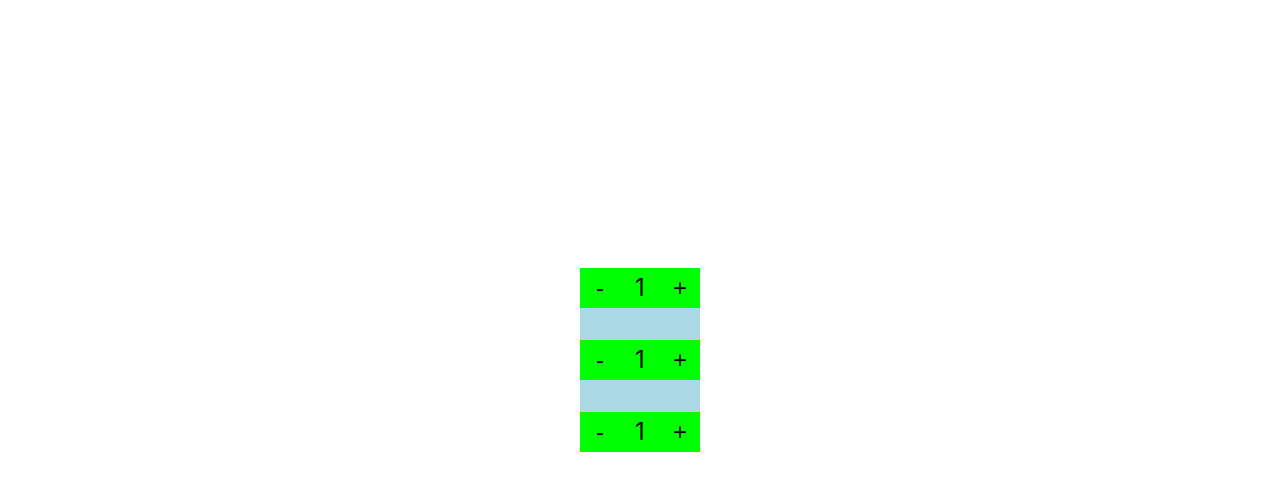
Repository: max535/test-task-netrika
Page: /
The author's editor kept a copy of each file at every save. The page is drawn from the files as they stood at one save, then again after a run of saves.
The browser window is 1280 px wide. The pictures show the whole page.
The project was rebuilt for these pictures with package versions that can differ from the ones it lists, and the page was loaded fresh each time.

Above is the page before, as saved 2021-10-16 07:44:08.

After the next 2 saves:
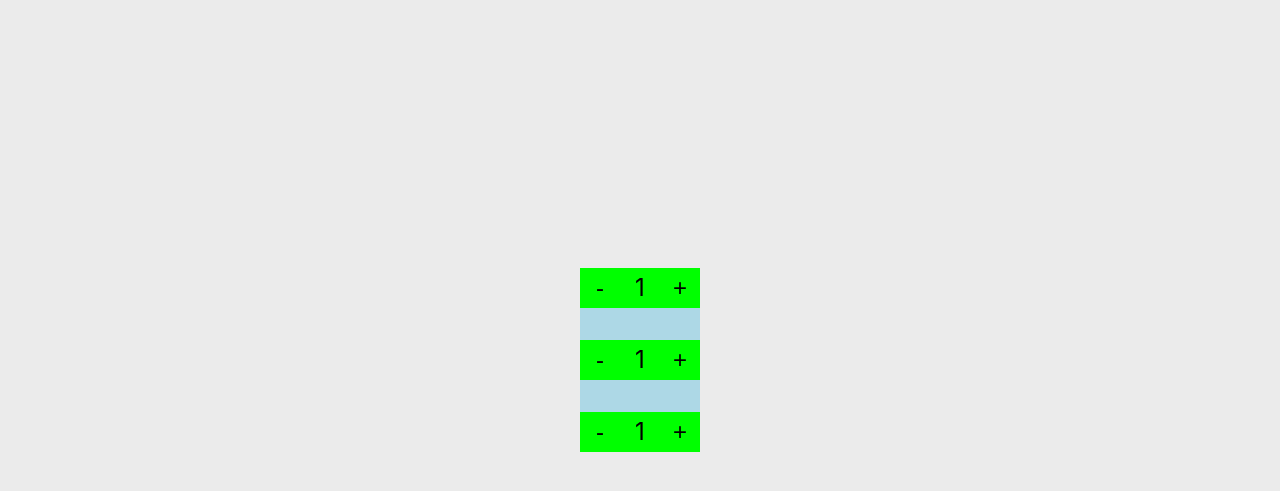
The 2 saves are shown as one change because they came seconds apart.
The last was saved 30 s later.
--- a/src/App.css
+++ b/src/App.css
@@ -8,4 +8,5 @@
   flex-direction: column;
   justify-content: center;
   align-items: center;
+  background-color: #EBEBEB;
 }
